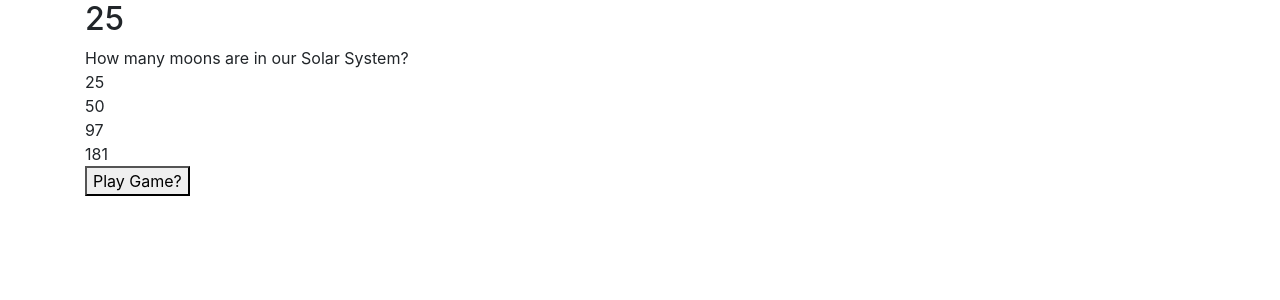
Repository: dsaftler/Trivia
Page: index.html
An editor plug-in stored every save of this project. The page is shown before and after the next save, followed by the edit.
The browser window is 1280 px wide. The pictures show the whole page.

Above is the page before, as saved 2019-04-12 22:52:25.

After the next save:
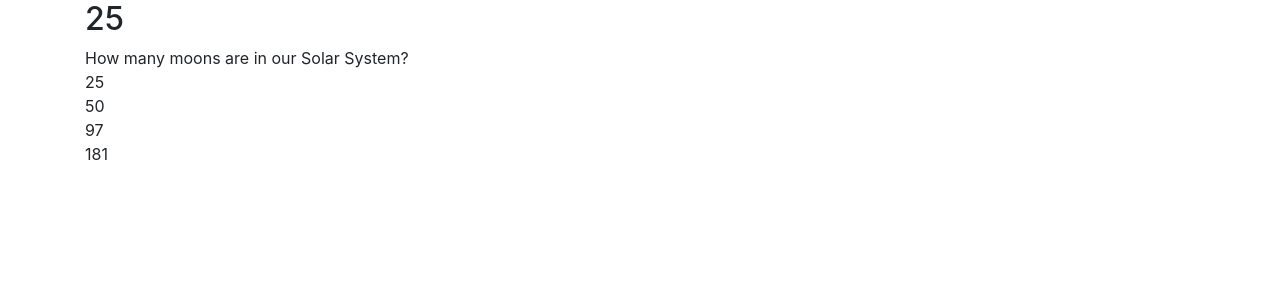
Saved 5 min 37 s later.
--- a/index.html
+++ b/index.html
@@ -19,10 +19,10 @@
   <div id="showWinsCnt"><span id="wins"></span></div>
   <div id="showLoseCnt"><span id="wrongs"></span></div>
   <div id="showMissCnt"><span id="misses"></span></div>
-  <div class="answers" ><span id="answer0"></span></div>
-  <div class="answers" ><span id="answer1"></span></div>
-  <div class="answers" ><span id="answer2"></span></div>
-  <div class="answers" ><span id="answer3"></span></div>
+  <div class="answers" id="answer0"></div>
+  <div class="answers" id="answer1"></div>
+  <div class="answers" id="answer2"></div>
+  <div class="answers" id="answer3"</div>
   <button id="newGame">Play Game?</button>
   <!-- <button id="temp1" onclick="newQuestion()">Next Question?</button> -->
 </div>

After the save that followed:
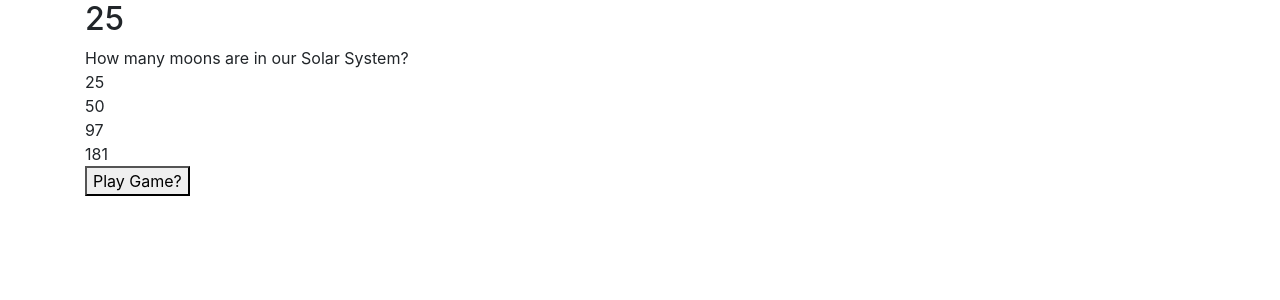
Saved 17 s later.
--- a/index.html
+++ b/index.html
@@ -22,7 +22,7 @@
   <div class="answers" id="answer0"></div>
   <div class="answers" id="answer1"></div>
   <div class="answers" id="answer2"></div>
-  <div class="answers" id="answer3"</div>
+  <div class="answers" id="answer3"></div>
   <button id="newGame">Play Game?</button>
   <!-- <button id="temp1" onclick="newQuestion()">Next Question?</button> -->
 </div>
